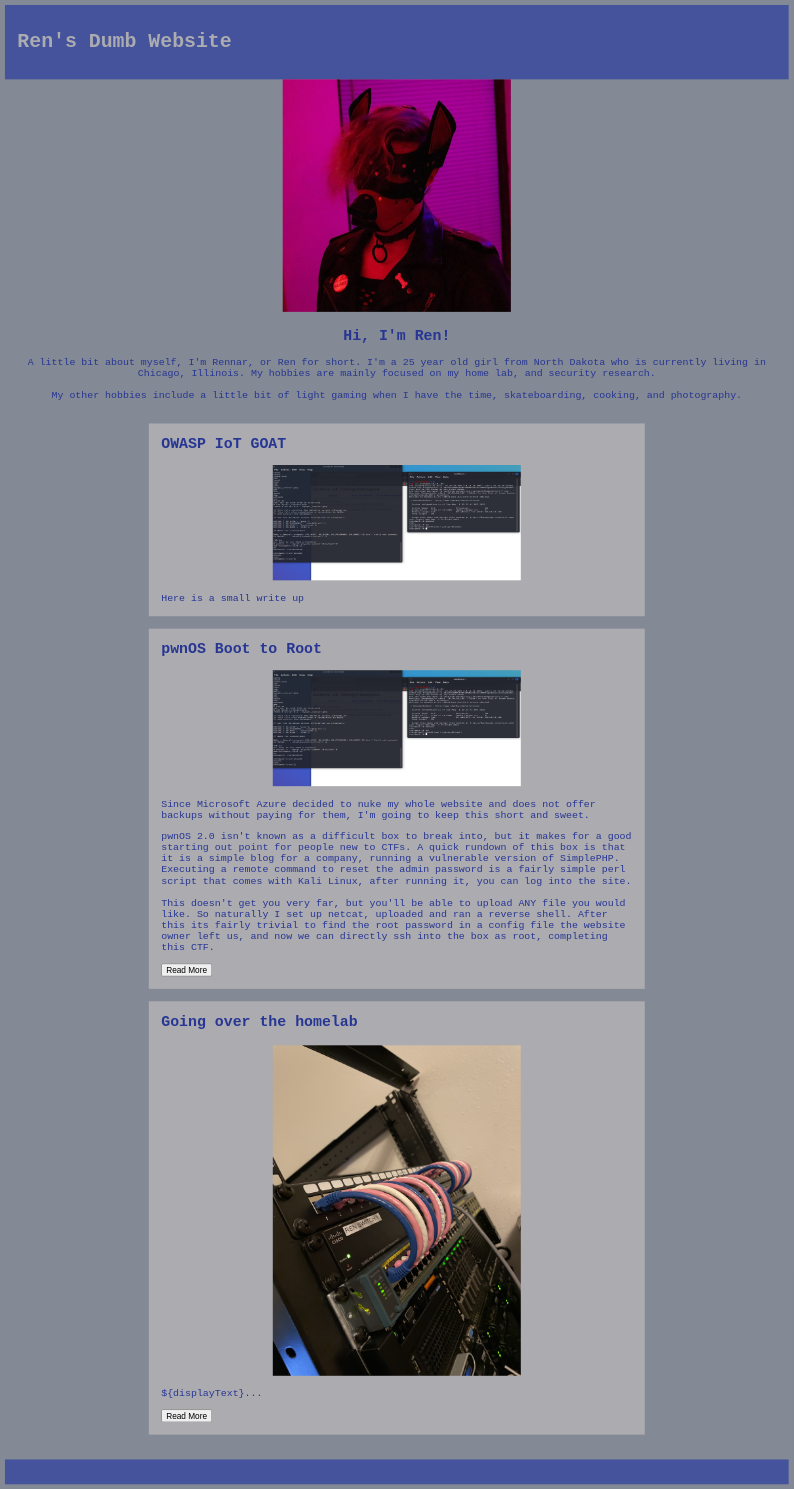
Repository: RennarDeer/RenDev
Page: index.html
An editor plug-in stored every save of this project. The page is shown before and after the next save, followed by the edit.
The browser window is 1280 px wide. The pictures show the whole page, at 62% of full size.

Above is the page before, as saved 2023-03-08 10:41:51.

### index.html
<!DOCTYPE html>
<html>
  <head>
    <title>Rennar's Website</title>
    <link rel="stylesheet" type="text/css" href="style.css">

  </head>
  <body>
    <header>
      <h1>Ren's Dumb Website</h1>

    </header>
     <!-- "About" section -->
     <section id="about" class="intro">
        <!--Replace with your own image-->
        <center><img src="renpic.JPG"
            alt="RennarPicture" height=375px;>
        <h2 class="section-title">Hi, I'm Ren!</h2>
        <p>
            A little bit about myself, I'm Rennar, or Ren for short. I'm a 25 year old girl from North Dakota
            who is currently living in Chicago, Illinois. My hobbies are mainly focused on my home lab, and security research.
            <br><br>
            My other hobbies include a little bit of light gaming when I have the time, skateboarding, cooking, and photography.</center>
	</p>
    </section>
    <main>

        <article>
            <h2>OWASP IoT GOAT</h2>

            <img src="boot2root.png" alt="Boot2Root">

            Here is a small write up
          </article>
      <article>
        <h2>pwnOS Boot to Root</h2>

        <img src="boot2root.png" alt="Boot2Root">

        <p>

          Since Microsoft Azure decided to nuke my whole website and does not offer backups without
        paying for them, I'm going to keep this short and sweet.</p>

        pwnOS 2.0 isn't known as a difficult box to break into, but it makes for a good starting out
        point for people new to CTFs. A quick rundown of this box is that it is a simple blog for a
        company, running a vulnerable version of SimplePHP. Executing a remote command to reset
        the admin password is a fairly simple perl script that comes with Kali Linux, after running it,
        you can log into the site.

            <br><br>

        This doesn't get you very far, but you'll be able to upload ANY file
        you would like. So naturally I set up netcat, uploaded and ran a reverse shell. After this its
        fairly trivial to find the root password in a config file the website owner left us, and now
        we can directly ssh into the box as root, completing this CTF.
        </p>
        <button onclick="readMore(this)">Read More</button>
        </article>
      <article>
        <h3>Going over the homelab</h3>

                        <img src="rackpic.JPG" alt="RensRack">

                        <p class="content"

                        I have FINALLY unpacked my rack here in Chicago, so now I can do a little bit of writing about it!

                            <br><br>


                        First up is the antique on my rack, a Dell Poweredge 2950 rackmounted server, it's completely
                        maxed out with 16GB of DDR2 RAM and 2 Xeon processors. All it does is run pfSense. On pfSense
                        I have a few VLANs set up for IoT devices, one for my pentesting lab, and one for my "secure"
                        systems, such as my laptop, desktop, and the server I actually want to be able to reach out
                        to the internet as a whole. I also run SNORT on this system for an IPS for a little more piece
                        of mind.

                        <br><br>

                        The more modern server is my Dell r820, running ESXI 6.7, on which I have my pentesting lab,
                        along with a samba server, and in the future will probably run this website once I'm more confident
                        in my webdev skills! In fact, you may be accessing this webpage running on that server right now and
                        I just haven't updated the website yet to tell you guys! Other things that run on this server are a
                        couple of Kali boxes, along with some vulnerable machines to toy around with in my free time without
                        clogging up my laptop's storage with virtual machines.

                            <br><br>

                        Last but not least is my two cisco switches, one 2960x and an sg300. Not much to be said about these,
                        while I am familiar with the Cisco ecosystem from 2 years of Cisco networking class, I did not feel
                        the need to set up much on them past the initial changing passwords, due to pfSense pretty much handling
                        everything. The SG300 is set up to actually access the internet, while the 2960x is only an internal
                        network, and runs my pentesting lab.

                            <br><br>

                        That about sums it up, in the future I plan on setting up a PLEX server on the r820, along with expanding
                        the storage to store media files and have a proper RAID config instead of the current RAID0 array (this is
                        simply due to limitations on how much money I can throw at 2.5" SAS drives and SSD's). Hopefully this was
                        interesting, and I will keep this updated as I add new things and new services to my ecosystem!

                          </p>
                        <button onclick="readMore(this)">Read More</button>

            </article>
    </main>
    <footer>
    </footer>

    <script src="script.js"></script>
  </body>
</html>

### style.css
body {
    background-color: #838995;
    color: #273693;
    font-family: "Courier New", Courier, monospace;
    font-size: 16px;
  }

  header {
    background-color: #44539c;
    color: #ababb0;
    padding: 20px;
    display: flex;
    justify-content: space-between;
    align-items: center;
  }

  nav ul {
    list-style: none;
    margin: 0;
    padding: 0;
    display: flex;
  }

  nav ul li {
    margin: 0 10px;
  }

  nav ul li a {
    color: #ababb0;
    text-decoration: none;
  }

  main {
    max-width: 800px;
    margin: 0 auto;
    padding: 20px;
  }

  article {
    background-color: #ababb0;
    padding: 20px;
    margin-bottom: 20px;
  }

  article h2 {
    color: #273693;
    font-size: 24px;
    margin-top: 0;
  }

  article img {
    display: block;
    margin: 20px auto;
    width: 400px;
    height: auto;
  }

  article h3 {
    color: #273693;
    font-size: 24px;
    margin-top: 0;
  }

  article img {
    display: block;
    margin: 20px auto;
    width: 400px;
    height: auto;
  }

  footer {
    background-color: #44539c;
    color: #ababb0;
    padding: 20px;
    text-align: center;
  }
  .hide{
    display: none;
  }

### script.js
let noOfCharac = 150;
let contents = document.querySelectorAll(".content");
contents.forEach(content => {
    //If text lenght is less than noOfChara
    //then hide readmore
    if(content.textContent.length < noOfCharac){
            content.nextElementSibling.getElementsByClassName.display = "none";
    }

    else{
        let displayText = content.textContent.slice
        (0,noOfCharac);
        let moreText = content.textContent.slice
        (noOfCharac);
        content.innerHTML = '${displayText}<span class="dots">...</span><span class="hide more">${moreText}</span>';

    }
});

function readMore(btn){
    let post = btn.parentElement;
    post.querySelector(".dots").classList.toggle
    ("hide");
}

After the next save:
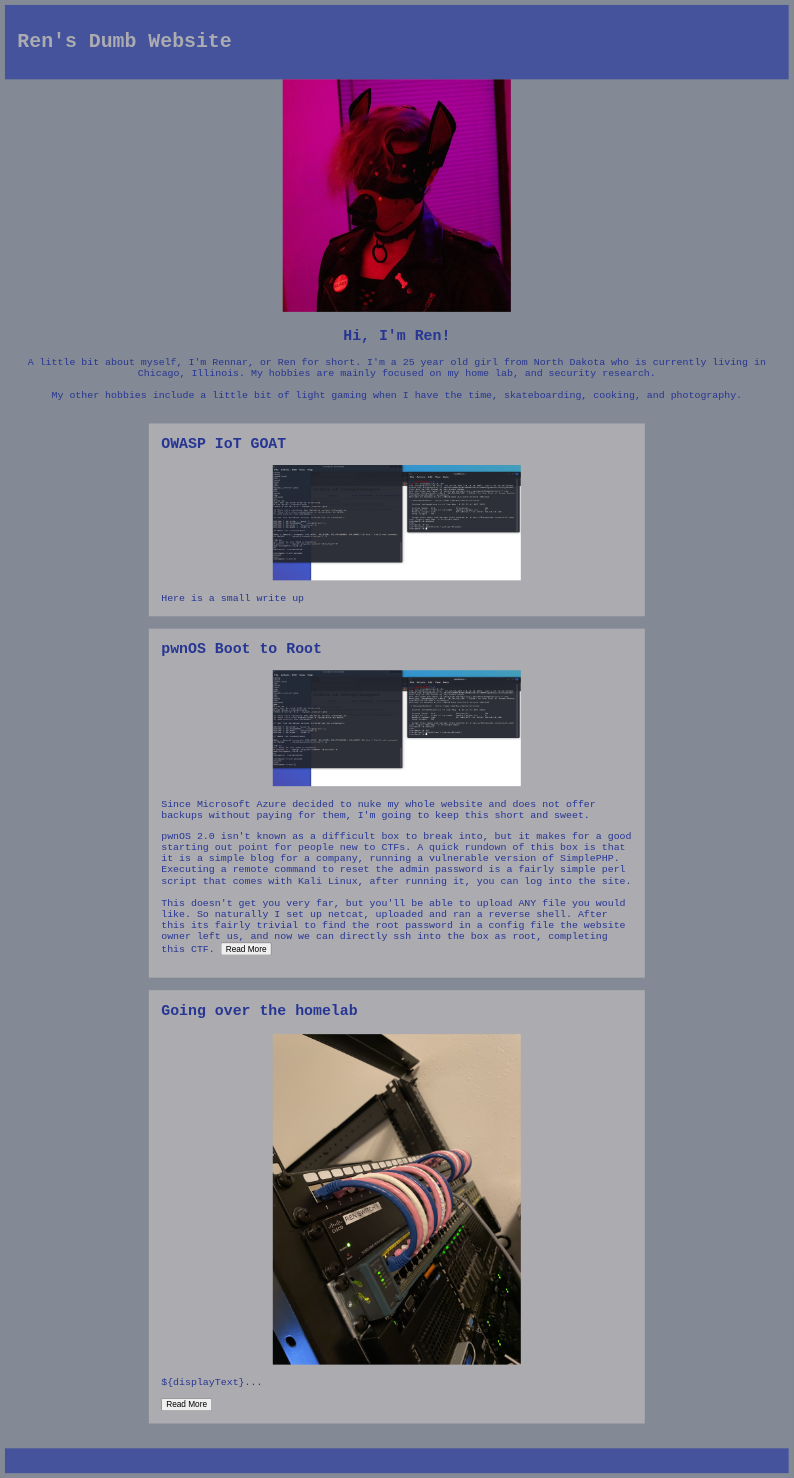
Saved 59 s later.
--- a/index.html
+++ b/index.html
@@ -54,8 +54,9 @@
         you would like. So naturally I set up netcat, uploaded and ran a reverse shell. After this its
         fairly trivial to find the root password in a config file the website owner left us, and now
         we can directly ssh into the box as root, completing this CTF.
+        <button onclick="readMore(this)">Read More</button>
         </p>
-        <button onclick="readMore(this)">Read More</button>
+
         </article>
       <article>
         <h3>Going over the homelab</h3>
